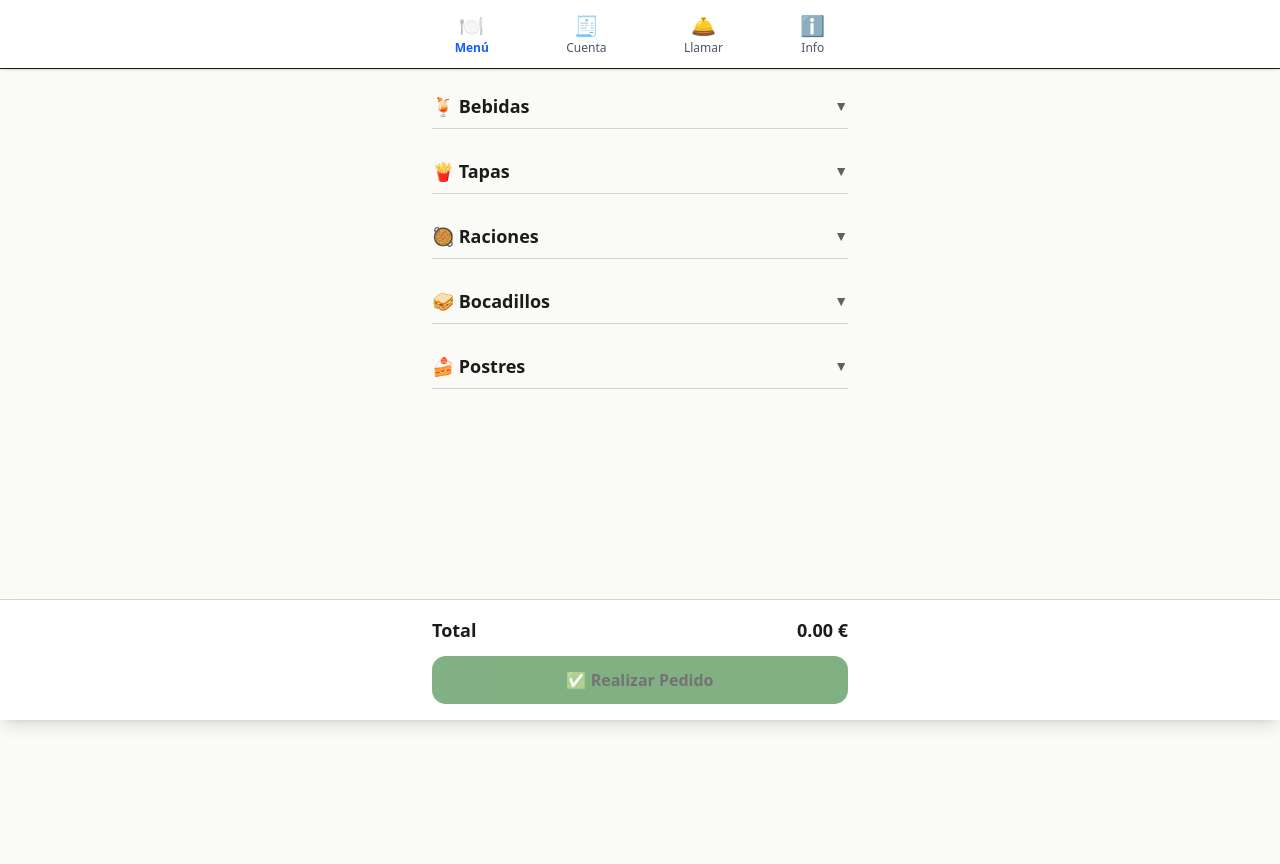
Repository: jrcardenas/sirvaapp
Page: /menu
The author's editor kept a copy of each file at every save. The page is drawn from the files as they stood at one save, then again after the next save.
The browser window is 1280 px wide. The pictures show the whole page.
The project was rebuilt for these pictures with package versions that can differ from the ones it lists, and the page was loaded fresh each time. The framework's server and built-in components were replaced by stand-ins that run in the browser. Also part of the build but not shown: next.config.ts.

Above is the page before, as saved 2025-11-02 19:47:29.

### app/layout.tsx
import type { Metadata } from "next";
import "./globals.css";
import "./styles/theme.css";
import Header from "@/components/layout/Header";

export const metadata: Metadata = {
  title: "SirvaApp",
  description: "Pide desde tu mesa. Sirve más rápido.",
};

export default function RootLayout({ children }: { children: React.ReactNode }) {
  return (
    <html lang="es">
      <body className="bg-[var(--color-background)] text-[var(--color-text-dark)]">
        {/* ✅ Navegación principal arriba */}
        <Header />

        {/* ✅ Espacio suficiente para footer del pedido */}
        <main className="pt-4 pb-32 max-w-md mx-auto">
          {children}
        </main>
      </body>
    </html>
  );
}

### app/menu/page.tsx
"use client";

import { useState } from "react";
import Button from "@/components/ui/Button";
import { useCartStore } from "@/store/cartStore";

export default function MenuPage() {
  const { addItem, changeQty, items, removeItem, clearCart } = useCartStore();
  const [openCategories, setOpenCategories] = useState<string[]>([]);

  const iconosCat: Record<string, string> = {
    Bebidas: "🍹",
    Tapas: "🍟",
    Raciones: "🥘",
    Bocadillos: "🥪",
    Postres: "🍰",
  };

  const productos = [
    { id: "1", categoria: "Bebidas", nombre: "Cerveza", precio: 2.0 },
    { id: "2", categoria: "Bebidas", nombre: "Coca-Cola", precio: 2.2 },
    { id: "3", categoria: "Bebidas", nombre: "Agua", precio: 1.5 },
    { id: "4", categoria: "Bebidas", nombre: "Tinto de Verano", precio: 2.8 },
    { id: "5", categoria: "Bebidas", nombre: "Café con Leche", precio: 1.5 },
    { id: "6", categoria: "Tapas", nombre: "Patatas Bravas", precio: 4.0 },
    { id: "7", categoria: "Tapas", nombre: "Croquetas", precio: 4.5 },
    { id: "8", categoria: "Tapas", nombre: "Tortilla Española", precio: 3.5 },
    { id: "9", categoria: "Tapas", nombre: "Calamares", precio: 5.5 },
    { id: "10", categoria: "Raciones", nombre: "Jamón Ibérico", precio: 9.5 },
    { id: "11", categoria: "Raciones", nombre: "Gambas al Ajillo", precio: 10.5 },
    { id: "12", categoria: "Raciones", nombre: "Huevos Rotos", precio: 8.5 },
    { id: "19", categoria: "Raciones", nombre: "Pulpo a la Gallega", precio: 14.0 },
    { id: "20", categoria: "Raciones", nombre: "Chistorra", precio: 7.0 },
    { id: "21", categoria: "Raciones", nombre: "Ensaladilla Rusa", precio: 6.5 },
    { id: "13", categoria: "Bocadillos", nombre: "Bocadillo de Lomo", precio: 4.5 },
    { id: "14", categoria: "Bocadillos", nombre: "Bocadillo Vegetal", precio: 4.2 },
    { id: "15", categoria: "Bocadillos", nombre: "Perrito Caliente", precio: 4.0 },
    { id: "16", categoria: "Postres", nombre: "Tarta de Queso", precio: 4.8 },
    { id: "17", categoria: "Postres", nombre: "Helado 2 bolas", precio: 3.2 },
    { id: "18", categoria: "Postres", nombre: "Flan Casero", precio: 3.5 },
  ];

  const categorias = [...new Set(productos.map((p) => p.categoria))];

  const toggleCategory = (cat: string) => {
    setOpenCategories((prev) =>
      prev.includes(cat) ? prev.filter((c) => c !== cat) : [...prev, cat]
    );
  };

  const getQty = (id: string) =>
    items.reduce((acc, p) => (p.id === id ? acc + p.qty : acc), 0);

  const total = items.reduce((acc, p) => acc + p.price * p.qty, 0);

  return (
    <main className="min-h-screen bg-[var(--color-background)] p-4 pb-32 max-w-md mx-auto">

      <h1 className="text-2xl font-bold text-center mb-5 text-[var(--color-text-dark)]">
        Carta 📋
      </h1>

      {categorias.map((cat) => (
        <div key={cat} className="mb-5">
          <button
            className="w-full flex justify-between items-center text-lg font-semibold py-2 text-[var(--color-text-dark)]"
            onClick={() => toggleCategory(cat)}
          >
            <span className="flex items-center gap-2">
              {iconosCat[cat]} {cat}
            </span>
            <span className="text-[var(--color-text-muted)] text-sm">
              {openCategories.includes(cat) ? "▲" : "▼"}
            </span>
          </button>

          <div className="border-t border-[var(--color-border)] mb-2"></div>

          {openCategories.includes(cat) && (
            <div className="space-y-3">
              {productos
                .filter((p) => p.categoria === cat)
                .map((item) => {
                  const qty = getQty(item.id);

                  return (
                    <div key={item.id} className="flex justify-between">
                      <div>
                        <p className="font-medium text-[var(--color-text-dark)]">
                          {item.nombre}
                        </p>
                        <p className="text-[var(--color-text-muted)] text-sm">
                          {item.precio.toFixed(2)} €
                        </p>
                      </div>

                      <div className="flex items-center gap-2">
                        <button
                          disabled={qty === 0}
                          onClick={() =>
                            qty <= 1
                              ? removeItem(item.id)
                              : changeQty(item.id, qty - 1)
                          }
                          className={`w-7 h-7 rounded-full border text-sm font-bold
                            ${
                              qty === 0
                                ? "border-[var(--color-border)] text-[var(--color-text-disabled)]"
                                : "border-[var(--color-minus-icon)] text-[var(--color-minus-icon)]"
                            }`}
                        >
                          -
                        </button>

                        <span
                          className={`w-6 text-center font-semibold ${
                            qty === 0
                              ? "text-[var(--color-text-disabled)]"
                              : "text-[var(--color-text-dark)]"
                          }`}
                        >
                          {qty}
                        </span>

                        <button
                          className="w-7 h-7 rounded-full bg-[var(--color-plus-button)] text-white text-sm font-bold"
                          onClick={() =>
                            addItem({
                              id: item.id,
                              name: item.nombre,
                              price: item.precio,
                              qty: 1,
                            })
                          }
                        >
                          +
                        </button>
                      </div>
                    </div>
                  );
                })}
            </div>
          )}
        </div>
      ))}

      <div className="fixed bottom-0 left-0 w-full bg-[var(--color-surface)] border-t border-[var(--color-border)] shadow-lg">
        <div className="max-w-md mx-auto p-4">
          <div className="flex justify-between mb-3 font-bold text-lg text-[var(--color-text-dark)]">
            <span>Total</span>
            <span>{total.toFixed(2)} €</span>
          </div>

          <Button
            fullWidth
            disabled={total === 0}
            className={`${total === 0 ? "opacity-50 cursor-not-allowed" : ""}`}
            onClick={() => {
              alert("✅ Pedido enviado a cocina!");
              clearCart();
            }}
          >
            ✅ Realizar Pedido
          </Button>
        </div>
      </div>
    </main>
  );
}

### app/globals.css
@import "tailwindcss";

/* Colores base del navegador */
:root {
  --background: #ffffff;
  --foreground: #171717;
}

/* ✅ Variables sincronizadas con el tema */
@theme inline {
  --color-background: var(--background);
  --color-foreground: var(--foreground);
  --font-sans: var(--font-geist-sans);
  --font-mono: var(--font-geist-mono);
}

@media (prefers-color-scheme: dark) {
  :root {
    --background: #0a0a0a;
    --foreground: #ededed;
  }
}

/* ✅ Mantener reset y tipografía */
body {
  background: var(--color-background);
  color: var(--color-foreground);
}

### app/styles/theme.css
:root {
  /* Brand & Accent */
  --color-primary: #2E7D32; /* Verde principal: moderno, fresco */
  --color-primary-light: #4CAF50; /* Verde más vivo */
  --color-accent: #81C784; /* Verde suave para hover */

  /* Backgrounds */
  --color-background: #FAFAF7; /* Crema suave */
  --color-surface: #FFFFFF; /* Tarjetas y secciones */
  --color-surface-alt: #F3F3EF;

  /* Borders */
  --color-border: #D4D4D4;

  /* Text */
  --color-text-dark: #1B1B1B;
  --color-text-muted: #606060;
  --color-text-disabled: #AFAFAF;

  /* Buttons */
  --color-plus-button: var(--color-primary);
  --color-minus-button: #E0E0E0;
  --color-minus-icon: #555;

  /* States */
  --color-disabled-bg: #E6E6E6;
  --color-disabled-text: #A8A8A8;

  /* Tokens */
  --radius: 14px;
  --button-height: 48px;
}

### app/components/layout/Header.tsx
"use client";

import Link from "next/link";
import { usePathname } from "next/navigation";

export default function Header() {
  const pathname = usePathname();

  const navItems = [
    { href: "/menu", label: "Menú", icon: "🍽️" },
    { href: "/cuenta", label: "Cuenta", icon: "🧾" },
    { href: "/llamar", label: "Llamar", icon: "🛎️" },
    { href: "/info", label: "Info", icon: "ℹ️" },
  ];

  return (
    <header className="w-full py-3 bg-white border-b shadow-sm fixed top-0 z-50">
      <nav className="flex justify-around max-w-md mx-auto text-sm">
        {navItems.map((item) => (
          <Link
            key={item.href}
            href={item.href}
            className={`flex flex-col items-center transition ${
              pathname === item.href
                ? "text-blue-600 font-bold"
                : "text-gray-600"
            }`}
          >
            <span className="text-xl">{item.icon}</span>
            <span className="text-xs">{item.label}</span>
          </Link>
        ))}
      </nav>
    </header>
  );
}

### app/components/ui/Button.tsx
"use client";

import React from "react";
import Link from "next/link";

type Variant = "primary" | "secondary" | "outline" | "ghost";
type Size = "sm" | "md" | "lg";

type ButtonProps = {
  variant?: Variant;
  size?: Size;
  loading?: boolean;
  fullWidth?: boolean;
  as?: "button" | "link";
  href?: string;
  className?: string;
  children: React.ReactNode;
} & React.ButtonHTMLAttributes<HTMLButtonElement>;

function classes({ variant, size, fullWidth }: { variant: Variant; size: Size; fullWidth?: boolean }) {
  const base =
    "inline-flex items-center justify-center font-semibold transition focus:outline-none focus-visible:ring-2 focus-visible:ring-offset-2";
  const radius = "rounded-[var(--radius)]";
  const width = fullWidth ? "w-full" : "";
  const sizes: Record<Size, string> = {
    sm: "text-sm h-10 px-4",
    md: "text-base h-[var(--button-height)] px-5", // 48px por theme
    lg: "text-base h-14 px-6",
  };
  const variants: Record<Variant, string> = {
    primary:
      "bg-[var(--color-primary)] text-[var(--color-text-light)] hover:opacity-90 focus-visible:ring-[var(--color-primary)]",
    secondary:
      "bg-[var(--color-secondary)] text-[var(--color-text-light)] hover:opacity-90 focus-visible:ring-[var(--color-secondary)]",
    outline:
      "bg-transparent text-[var(--color-text-dark)] border border-[color:var(--color-secondary)]/20 hover:bg-[var(--color-surface)] focus-visible:ring-[var(--color-primary)]",
    ghost:
      "bg-transparent text-[var(--color-text-dark)] hover:bg-[var(--color-surface)] focus-visible:ring-[var(--color-primary)]",
  };

  return [base, radius, width, sizes[size], variants[variant]].join(" ");
}

export default function Button({
  variant = "primary",
  size = "md",
  loading = false,
  fullWidth,
  as = "button",
  href,
  className = "",
  children,
  disabled,
  ...rest
}: ButtonProps) {
  const cls =
    classes({ variant, size, fullWidth }) +
    " " +
    (disabled || loading ? "opacity-60 pointer-events-none" : "") +
    " " +
    className;

  const content = (
    <>
      {loading && (
        <svg
          className="mr-2 animate-spin"
          width="16"
          height="16"
          viewBox="0 0 24 24"
          aria-hidden="true"
        >
          <circle cx="12" cy="12" r="10" stroke="currentColor" strokeWidth="4" fill="none" opacity="0.25" />
          <path d="M22 12a10 10 0 0 1-10 10" fill="none" stroke="currentColor" strokeWidth="4" />
        </svg>
      )}
      {children}
    </>
  );

  if (as === "link" && href) {
    return (
      <Link
        href={href}
        className={cls}
        role="button"
        aria-busy={loading || undefined}
        aria-disabled={disabled || loading || undefined}
      >
        {content}
      </Link>
    );
  }

  return (
    <button
      className={cls}
      disabled={disabled || loading}
      aria-busy={loading || undefined}
      {...rest}
    >
      {content}
    </button>
  );
}

### app/store/cartStore.ts
import { create } from "zustand";

export interface CartItem {
  id: string;
  name: string;
  price: number;
  qty: number;
  note?: string;
}

interface CartState {
  items: CartItem[];
  addItem: (item: CartItem) => void;
  changeQty: (id: string, qty: number) => void;
  removeItem: (id: string, note?: string) => void;
  clearCart: () => void;
  totalItems: number;
  totalAmount: number;
}

export const useCartStore = create<CartState>((set, get) => ({
  items: [],

  addItem: (item) => {
    const exists = get().items.find(
      (i) => i.id === item.id && i.note === item.note
    );

    if (exists) {
      set({
        items: get().items.map((i) =>
          i.id === item.id && i.note === item.note
            ? { ...i, qty: i.qty + item.qty }
            : i
        ),
      });
    } else {
      set({ items: [...get().items, item] });
    }
  },

  changeQty: (id, qty) => {
    if (qty < 1) return; // ✅ regla elegida (A)
    set({
      items: get().items.map((i) =>
        i.id === id ? { ...i, qty } : i
      ),
    });
  },

  removeItem: (id, note) =>
    set({
      items: get().items.filter(
        (i) => !(i.id === id && i.note === note)
      ),
    }),

  clearCart: () => set({ items: [] }),

  get totalItems() {
    return get().items.reduce((acc, i) => acc + i.qty, 0);
  },

  get totalAmount() {
    return get().items.reduce((acc, i) => acc + i.qty * i.price, 0);
  },
}));

### app/store/orderStore.ts
import { create } from "zustand";
import { persist } from "zustand/middleware";

type OrderItem = {
  id: string;
  name: string;
  price: number;
  qty: number;
};

type MesaOrders = {
  [mesaId: string]: OrderItem[];
};

type OrderStore = {
  mesas: MesaOrders;
  addToMesa: (mesaId: string, items: OrderItem[]) => void;
  clearMesa: (mesaId: string) => void;
};

export const useOrderStore = create<OrderStore>()(
  persist(
    (set) => ({
      mesas: {},

      addToMesa: (mesaId, items) =>
        set((state) => ({
          mesas: {
            ...state.mesas,
            [mesaId]: [...(state.mesas[mesaId] || []), ...items],
          },
        })),

      clearMesa: (mesaId) =>
        set((state) => ({
          mesas: { ...state.mesas, [mesaId]: [] },
        })),
    }),
    { name: "order-storage" }
  )
);

After the next save:
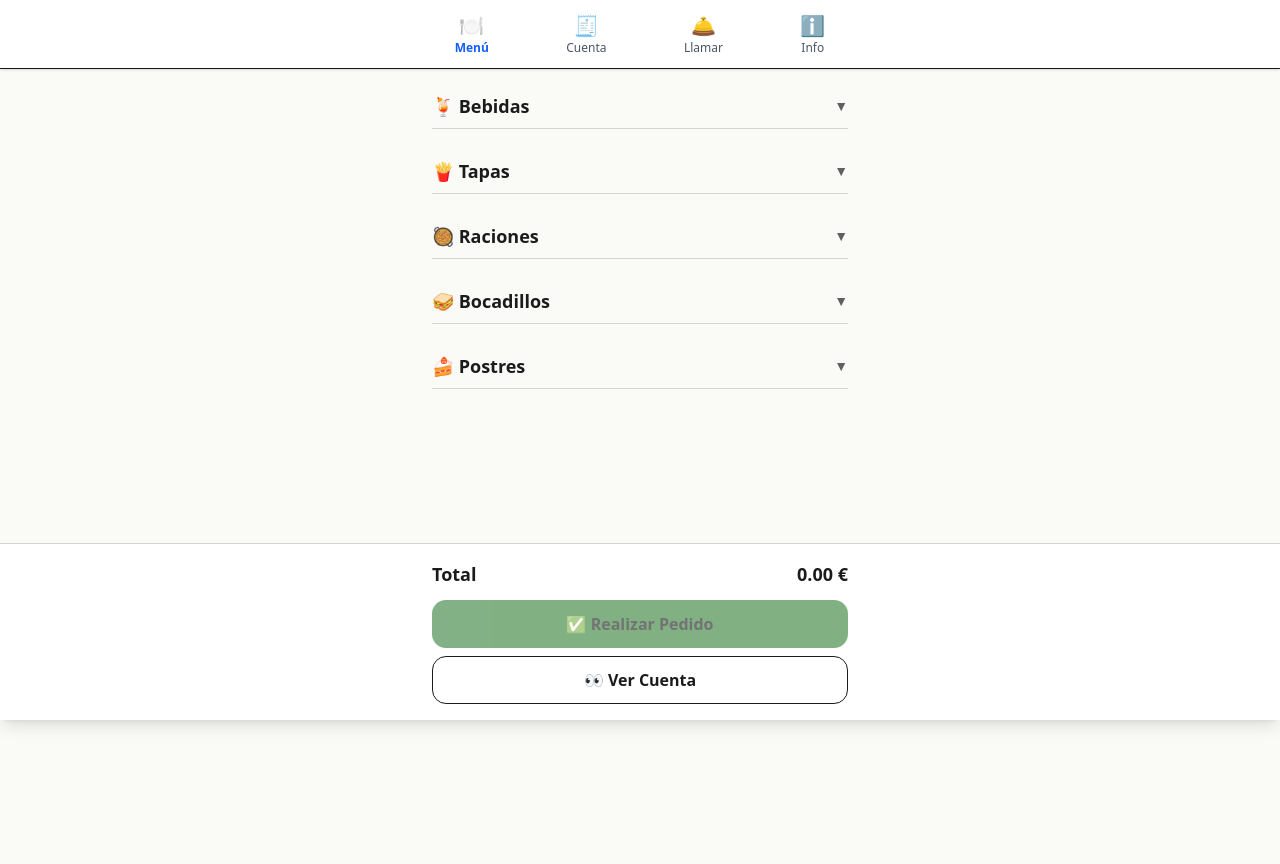
Saved 1 s later.
--- a/app/menu/page.tsx
+++ b/app/menu/page.tsx
@@ -3,9 +3,15 @@
 import { useState } from "react";
 import Button from "@/components/ui/Button";
 import { useCartStore } from "@/store/cartStore";
+import { useOrderStore } from "@/store/orderStore"; // ✅ Añadido
+import { useParams, useRouter } from "next/navigation"; // ✅ Añadido
 
 export default function MenuPage() {
   const { addItem, changeQty, items, removeItem, clearCart } = useCartStore();
+  const { addToMesa } = useOrderStore(); // ✅ añadimos pedidos
+  const { id: mesaId } = useParams() as { id: string }; // ✅ Identificamos mesa
+  const router = useRouter(); // ✅ Para navegar a Cuenta
+
   const [openCategories, setOpenCategories] = useState<string[]>([]);
 
   const iconosCat: Record<string, string> = {
@@ -22,19 +28,23 @@ export default function MenuPage() {
     { id: "3", categoria: "Bebidas", nombre: "Agua", precio: 1.5 },
     { id: "4", categoria: "Bebidas", nombre: "Tinto de Verano", precio: 2.8 },
     { id: "5", categoria: "Bebidas", nombre: "Café con Leche", precio: 1.5 },
+
     { id: "6", categoria: "Tapas", nombre: "Patatas Bravas", precio: 4.0 },
     { id: "7", categoria: "Tapas", nombre: "Croquetas", precio: 4.5 },
     { id: "8", categoria: "Tapas", nombre: "Tortilla Española", precio: 3.5 },
     { id: "9", categoria: "Tapas", nombre: "Calamares", precio: 5.5 },
+
     { id: "10", categoria: "Raciones", nombre: "Jamón Ibérico", precio: 9.5 },
     { id: "11", categoria: "Raciones", nombre: "Gambas al Ajillo", precio: 10.5 },
     { id: "12", categoria: "Raciones", nombre: "Huevos Rotos", precio: 8.5 },
     { id: "19", categoria: "Raciones", nombre: "Pulpo a la Gallega", precio: 14.0 },
     { id: "20", categoria: "Raciones", nombre: "Chistorra", precio: 7.0 },
     { id: "21", categoria: "Raciones", nombre: "Ensaladilla Rusa", precio: 6.5 },
+
     { id: "13", categoria: "Bocadillos", nombre: "Bocadillo de Lomo", precio: 4.5 },
     { id: "14", categoria: "Bocadillos", nombre: "Bocadillo Vegetal", precio: 4.2 },
     { id: "15", categoria: "Bocadillos", nombre: "Perrito Caliente", precio: 4.0 },
+
     { id: "16", categoria: "Postres", nombre: "Tarta de Queso", precio: 4.8 },
     { id: "17", categoria: "Postres", nombre: "Helado 2 bolas", precio: 3.2 },
     { id: "18", categoria: "Postres", nombre: "Flan Casero", precio: 3.5 },
@@ -52,6 +62,13 @@ export default function MenuPage() {
     items.reduce((acc, p) => (p.id === id ? acc + p.qty : acc), 0);
 
   const total = items.reduce((acc, p) => acc + p.price * p.qty, 0);
+
+  const handleSendOrder = () => {
+    if (items.length === 0) return;
+    addToMesa(mesaId, items); // ✅ Guardamos en una "cuenta" por mesa
+    clearCart(); // ✅ Limpiar carrito
+    router.push(`/mesa/${mesaId}/cuenta`); // ✅ Ir a la cuenta
+  };
 
   return (
     <main className="min-h-screen bg-[var(--color-background)] p-4 pb-32 max-w-md mx-auto">
@@ -155,12 +172,19 @@ export default function MenuPage() {
             fullWidth
             disabled={total === 0}
             className={`${total === 0 ? "opacity-50 cursor-not-allowed" : ""}`}
-            onClick={() => {
-              alert("✅ Pedido enviado a cocina!");
-              clearCart();
-            }}
+            onClick={handleSendOrder}
           >
             ✅ Realizar Pedido
+          </Button>
+
+          {/* ✅ Botón para ver la cuenta en cualquier momento */}
+          <Button
+            fullWidth
+            variant="outline"
+            className="mt-2"
+            onClick={() => router.push(`/mesa/${mesaId}/cuenta`)}
+          >
+            👀 Ver Cuenta
           </Button>
         </div>
       </div>
